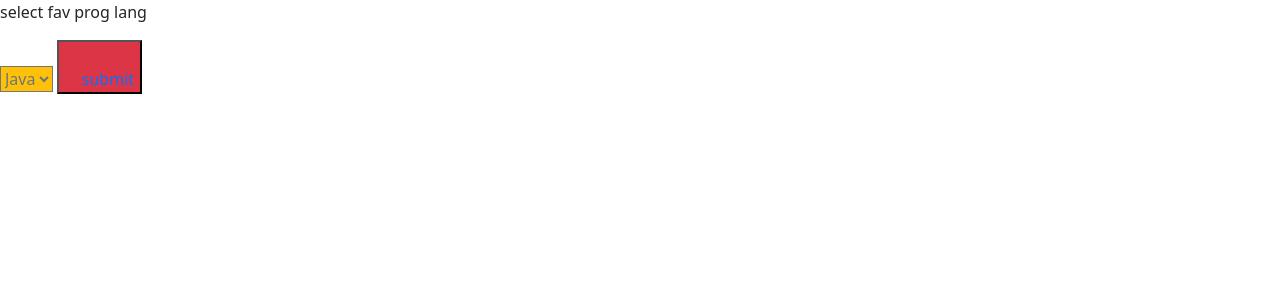
Repository: shivamaninalla/Bank-Application-JSP
Page: http://localhost/03-jsp-form2/cookie.jsp
The author's editor kept a copy of each file at every save. The page is drawn from the files as they stood at one save, then again after the next save.
The browser window is 1280 px wide. The pictures show the whole page.
The page is served by Tomcat 9. Other server files are loaded and not shown.

Above is the page before, as saved 2024-07-15 14:55:23.

### 03-jsp-form2/WebContent/cookie.jsp
<%@ page language="java" contentType="text/html; charset=ISO-8859-1"
    pageEncoding="ISO-8859-1"%>
<!DOCTYPE html>
<html>
<head>
<meta charset="ISO-8859-1">
<title>Insert title here</title>
<link href="https://cdn.jsdelivr.net/npm/bootstrap@5.0.2/dist/css/bootstrap.min.css" rel="stylesheet" integrity="sha384-EVSTQN3/azprG1Anm3QDgpJLIm9Nao0Yz1ztcQTwFspd3yD65VohhpuuCOmLASjC" crossorigin="anonymous">
<script src="https://cdn.jsdelivr.net/npm/bootstrap@5.0.2/dist/js/bootstrap.bundle.min.js" integrity="sha384-MrcW6ZMFYlzcLA8Nl+NtUVF0sA7MsXsP1UyJoMp4YLEuNSfAP+JcXn/tWtIaxVXM" crossorigin="anonymous"></script>
</head>
<body>
<p>select fav prog lang</p>
  <form action="cookieresponse.jsp", method="get">
    <select class="bg-warning text-secondary"name="fl" id="">
      <option value="java">Java</option>
      <option value="C++">C++</option>
      <option value="C">C</option>
    </select>
    <input class="text-primary bg-danger"type="submit" value="
    submit">
  </form>

</body>
</html>

After the next save:
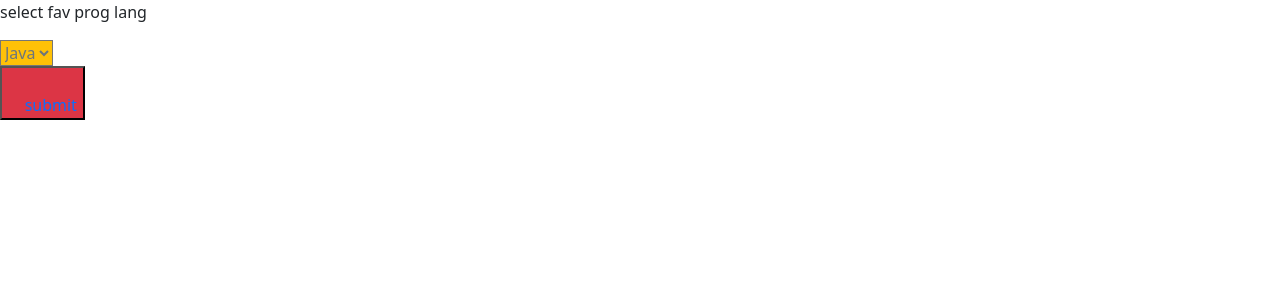
Saved 2 min 28 s later.
--- a/03-jsp-form2/WebContent/cookie.jsp
+++ b/03-jsp-form2/WebContent/cookie.jsp
@@ -16,9 +16,10 @@
       <option value="C++">C++</option>
       <option value="C">C</option>
     </select>
-    <input class="text-primary bg-danger"type="submit" value="
+
+  </form>
+   <input class="text-primary bg-danger"type="submit" value="
     submit">
-  </form>
 
 </body>
 </html>

After the save that followed:
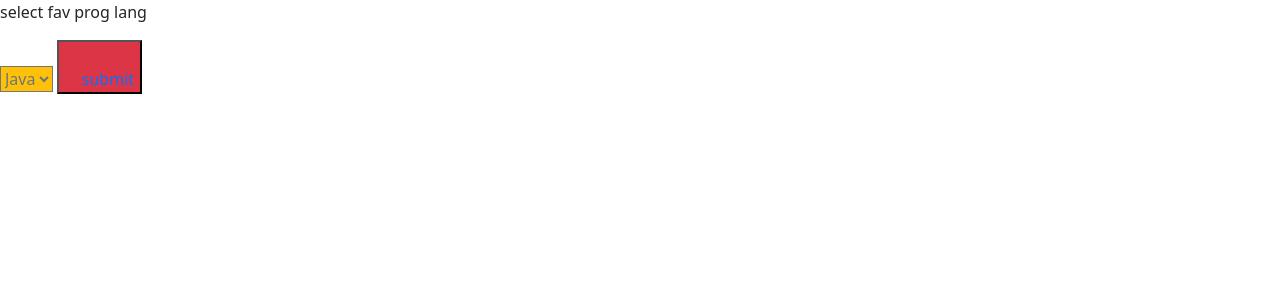
Saved 13 s later.
--- a/03-jsp-form2/WebContent/cookie.jsp
+++ b/03-jsp-form2/WebContent/cookie.jsp
@@ -16,10 +16,10 @@
       <option value="C++">C++</option>
       <option value="C">C</option>
     </select>
-
-  </form>
    <input class="text-primary bg-danger"type="submit" value="
     submit">
+  </form>
+
 
 </body>
 </html>
